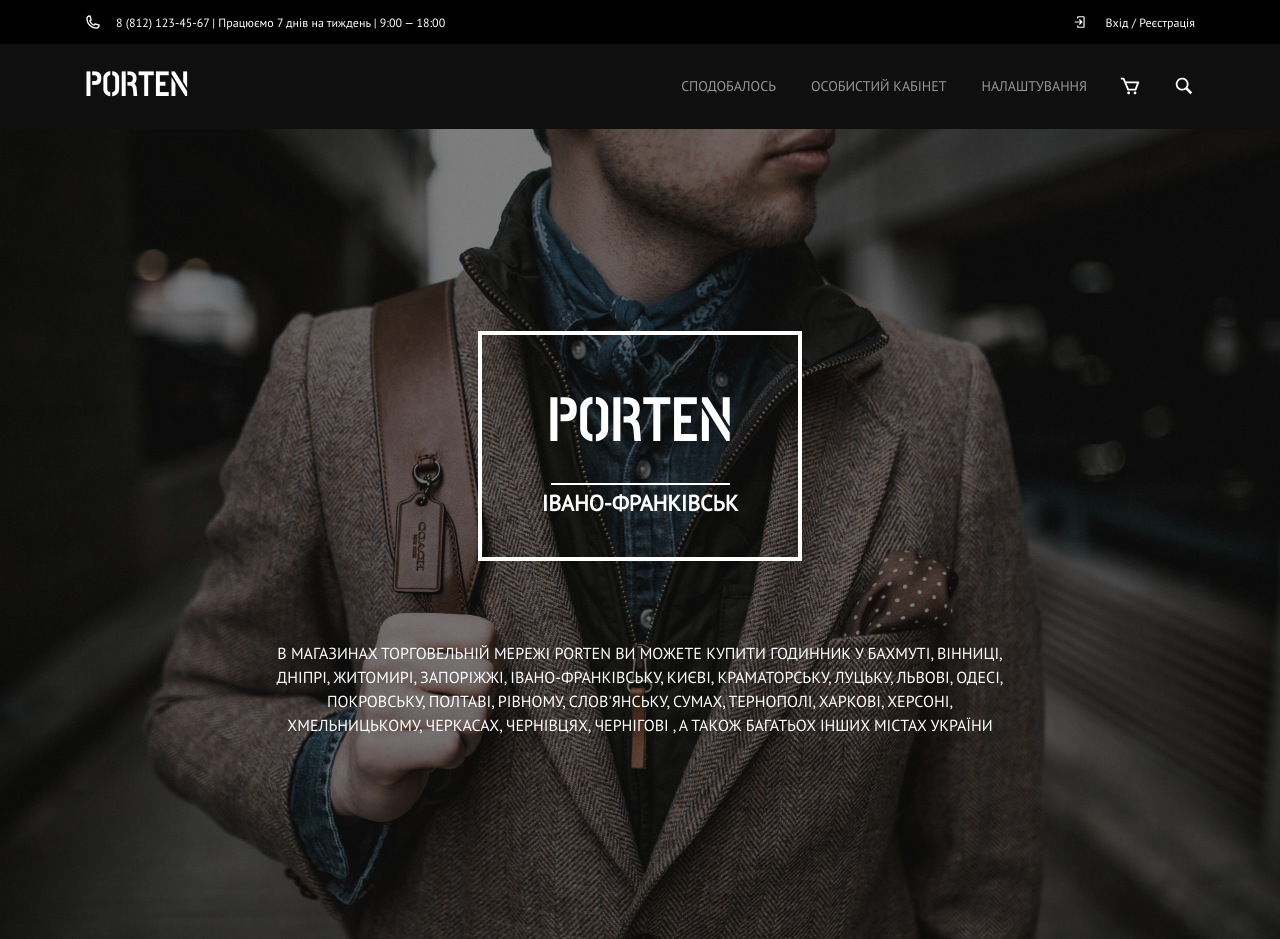
Repository: KYUUBI-K/porten
Page: index.html
The author's editor kept a copy of each file at every save. The page is drawn from the files as they stood at one save, then again after a run of saves.
The browser window is 1280 px wide. The pictures show the whole page.

Above is the page before, as saved 2025-09-09 21:25:36.

After the next 2 saves:
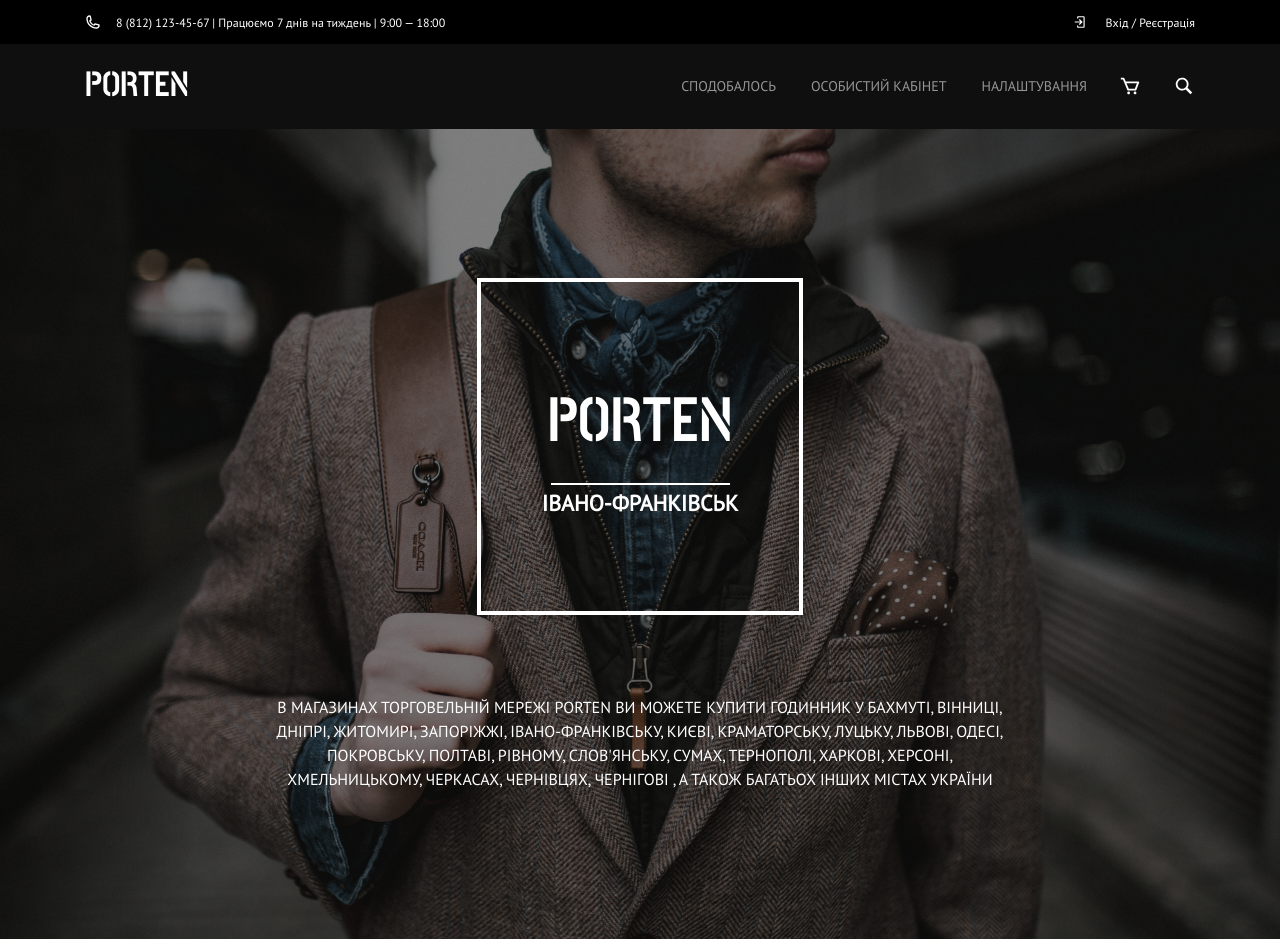
The 2 saves are shown as one change because they came seconds apart.
The last was saved 11 s later.
--- a/styles.css
+++ b/styles.css
@@ -143,8 +143,7 @@
 .banner-logo {
   margin-bottom: 80px;
   border: 4px solid #fff;
-  /* padding: 93px 61px 94px 61px; */
-  padding: 40px 60px;
+  padding: 93px 61px 94px 61px;
 }
 .banner-title {
   font-family: var(--font-family-logo);
